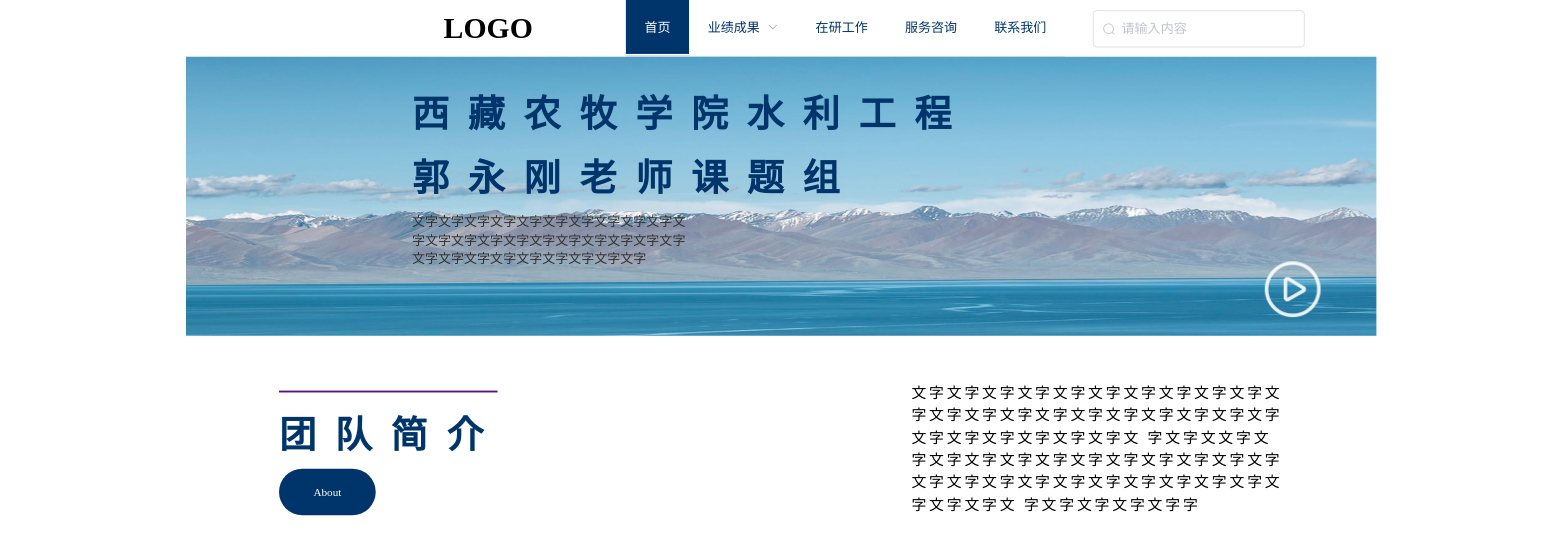
Repository: BLSY/xzust
Page: /
The author's editor kept a copy of each file at every save. The page is drawn from the files as they stood at one save, then again after the next save.
The browser window is 1280 px wide. The page is 1680 px wide, then 1280 px, so the pictures cover 1680 px, including what lies to the right of the window. The pictures show the whole page, at 93% of full size.
The project was rebuilt for these pictures with package versions that can differ from the ones it lists, and the page was loaded fresh each time.

Above is the page before, as saved 2022-11-27 08:53:14.

### index.html
<!DOCTYPE html>
<html>
  <head>
    <meta charset="utf-8">
    <meta name="viewport" content="width=device-width,initial-scale=1.0">
    <title>student</title>
  </head>
  <body style="margin:0;">
    <div id="app"></div>
    <!-- built files will be auto injected -->
  </body>
</html>

### src/main.js
// The Vue build version to load with the `import` command
// (runtime-only or standalone) has been set in webpack.base.conf with an alias.
import Vue from 'vue'
import App from './App'
import ElementUI from 'element-ui';
import 'element-ui/lib/theme-chalk/index.css';
import router from './router'

Vue.use(ElementUI);
Vue.config.productionTip = false

/* eslint-disable no-new */
new Vue({
  el: '#app',
  router,
  components: { App },
  template: '<App/>'
})

### src/App.vue
<template>
  <div id="app">
    <router-view/>
  </div>
</template>

<script>
export default {
  name: 'App'
}
</script>

<style>
#app {

}
</style>

### src/components/HelloWorld.vue
<template>
  <div class="indexBox">
    <div class="nav">
      <div class="login">LOGO</div>
      <div class="navList">
        <el-menu
          :default-active="activeIndex2"
          class="el-menu-demo"
          mode="horizontal"
          @select="handleSelect"
          background-color="#fff"
          text-color="#00356B"
          active-text-color="#fff"
        >
          <el-menu-item index="1">首页</el-menu-item>
          <el-submenu index="2">
            <template slot="title">业绩成果</template>
            <el-menu-item index="2-1">选项1</el-menu-item>
            <el-menu-item index="2-2">选项2</el-menu-item>
            <el-menu-item index="2-3">选项3</el-menu-item>
          </el-submenu>
          <el-menu-item index="3">在研工作</el-menu-item>
          <el-menu-item index="4">服务咨询</el-menu-item>
          <el-menu-item index="5">联系我们</el-menu-item>
        </el-menu>
      </div>
      <div class="serch">
        <el-input
          placeholder="请输入内容"
          prefix-icon="el-icon-search"
          v-model="input2"
        >
        </el-input>
      </div>
    </div>
    <div class="top">
      <div class="toptext">
        <h3 class="h-text">西藏农牧学院水利工程</h3>
        <h3 class="h-text" >郭永刚老师课题组</h3>
        <div class="detil">
          文字文字文字文字文字文字文字文字文字文字文字文字文字文字文字文字文字文字文字文字文字文字文字文字文字文字文字文字文字文字
        </div>

      </div>
      <div class="starvidio">
        </div>
    </div>
    <div class="team">
      <div class="team-left">
        <div class="line"></div>
        <h3 class="team-title">团队简介</h3>
        <div class="team-icon">About</div>
      </div>
      <div class="team-right">
        <div class="right-text">
          文字文字文字文字文字文字文字文字文字文字文字文字文字文字文字文字文字文字文字文字文字文字文字文字文字文字文字文
          字文字文文字文字文字文字文字文字文字文字文字文字文字文字文字文字文字文字文字文字文字文字文字文字文字文字文字文
          字文字文字文字文字字
        </div>

      </div>
    </div>
  </div>
</template>

<script>
export default {
  name: "HelloWorld",
  data() {
    return {
      activeIndex2: "1",
      input2: "",
    };
  },
  props: {
    msg: String,
  },
  methods: {
    handleSelect(key, keyPath) {
      console.log(key, keyPath);
    },
  },
};
</script>

<!-- Add "scoped" attribute to limit CSS to this component only -->
<style scoped >
*{
  list-style: none;
}
h3{
  margin: 0;
  padding: 0;
  margin: 10px 0;
}
.indexBox {
  width: 100%;
  height: 100%;
  position: relative;
  overflow: auto;
  padding: 0 200px;
}
.nav {
  width: 100%;
  display: flex;
  align-items: center;
  justify-content: center;
}
.login {
  display: inline-block;
  font-size: 32px;
  font-weight: bold;
  font-family: MicrosoftYaHei;
  margin-left: 200px;
  margin-right: 100px;
}
.navList{
  display: inline-block;
}
.serch{
  display: inline-block;
  margin-left:30px ;
}
.el-menu-item.is-active{
  background: #00356B !important;
}
.top{
  box-sizing: border-box;
  background: url(../assets/topbackg.jpg) no-repeat ;
  background-size:100% 100% ;
  position: relative;
  width: 100%;
  height: 300px;
  text-align: center;
  overflow: hidden;
}
  .toptext{
    display: inline-block;
    margin-top: 20px;
    min-width: 794px;
    text-align: left;
  }
  .h-text{
    color: #00356B;
    font-size: 40px;
    letter-spacing:20px;
  }
  .detil{
    display: inline-block;
    width:300px;
    font-size: 14px;
    text-align: left;
    color:#333;
  }
  .starvidio{
    background: url(../assets/bapfang.png) no-repeat;
    background-size:100% 100% ;
    position: absolute;
    bottom: 20px;
    right: 60px;
    height: 60px;
    width: 60px;
  }
  .team{
    height: 240px;
    width:100%;
    display: flex;
    flex-direction: row;
    align-items: center;
    justify-content: space-between;
    padding: 0 100px;
  }
  .team-left{
    width: 500px;
    text-align: cente;
  }
  .team-right{
    width: 600px;
  }
  .right-text{
    width: 400px;
    text-align: left;
   letter-spacing:3px;
  }
  .team-title{
    color: #00356B;
    font-size: 40px;
    letter-spacing:20px;
  }
  .line{
    display: inline-block;
    margin: auto;
    width: 233px;
    border: 1px solid #5D0E8B;
  }
  .team-icon{
    text-align: center;
    width: 104px;
    height: 50px;
    line-height: 50px;
    color: #fff;
    font-size: 12px;
    background: #00356B;
    border-radius: 25px;
  }
</style>

Loaded but not shown: src/router/index.js (common file)

After the next save:
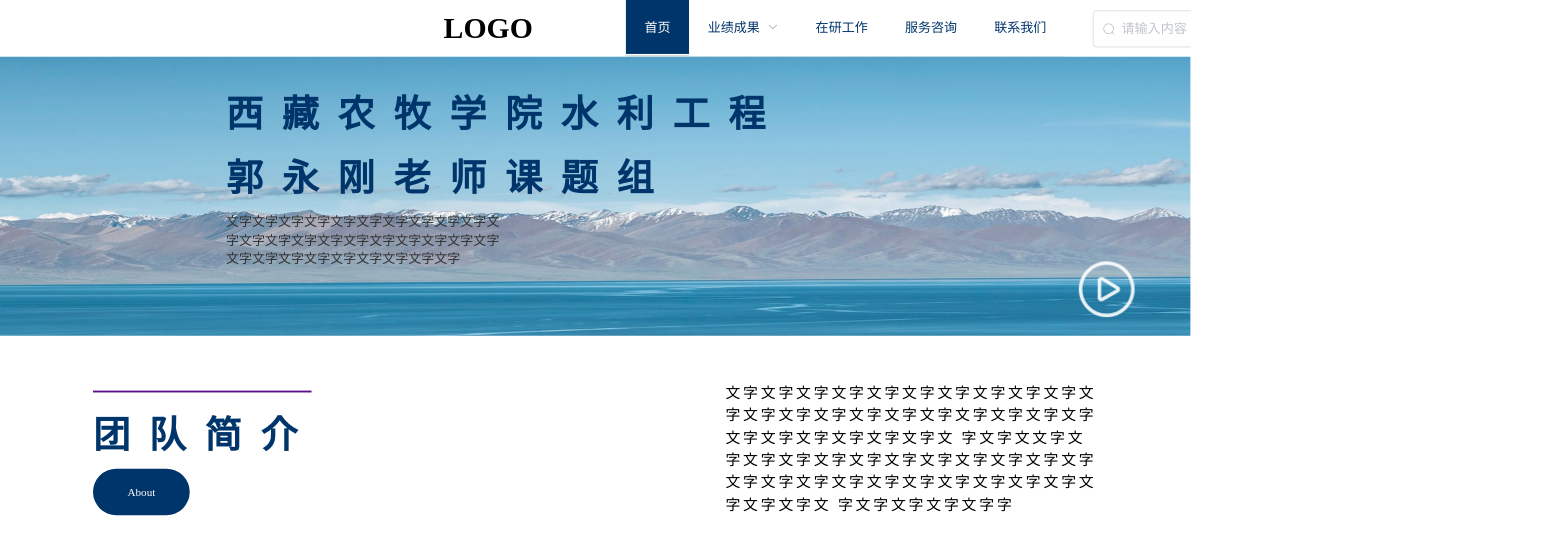
Saved 47 s later.
--- a/src/components/HelloWorld.vue
+++ b/src/components/HelloWorld.vue
@@ -98,13 +98,13 @@ h3{
   height: 100%;
   position: relative;
   overflow: auto;
-  padding: 0 200px;
 }
 .nav {
   width: 100%;
   display: flex;
   align-items: center;
   justify-content: center;
+  padding: 0 200px;
 }
 .login {
   display: inline-block;
